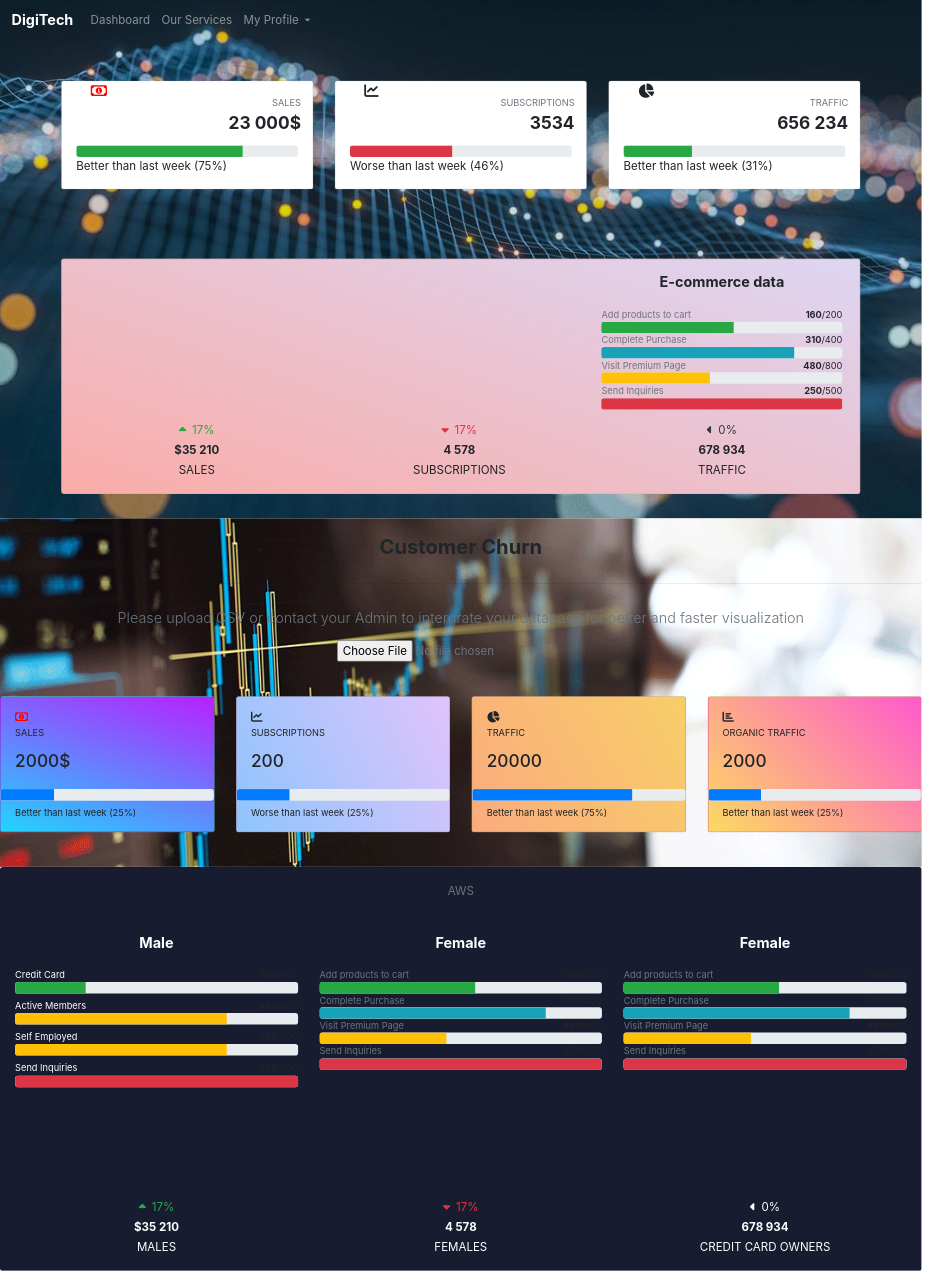
Repository: Tookliin/DigiTech
Page: /data
The author's editor kept a copy of each file at every save. The page is drawn from the files as they stood at one save, then again after the next save.
The browser window is 1280 px wide. The page is 1295 px wide, so the pictures cover 1295 px, including what lies to the right of the window. The pictures show the whole page, at 72% of full size.
The project was rebuilt for these pictures with package versions that can differ from the ones it lists, and the page was loaded fresh each time. Also part of the build but not shown: src/components/Dashboard.vue, src/components/Profile.vue, src/components/Error.vue, src/components/Register.vue.

Above is the page before, as saved 2020-07-22 09:36:59.

### src/components/Organization.vue
<template>

<div class="">
<div class="data" style="height: 100vh;">

<div class="container ">
    <div class="row">
      <div class="col-lg-4 col-md-12 py-5 my-5">
        <div class="card mt-3">

          <div class="">
            <i class="far fa-money-bill-alt fa-lg primary-color z-depth-2 p-4 ml-3 mt-n3 rounded text-black"></i>
            <div class="float-right text-right p-3">
              <p class="text-uppercase text-muted mb-1"><small>sales</small></p>
              <h4 class="font-weight-bold mb-0">23 000$</h4>
            </div>
          </div>

          <div class="card-body pt-0">
            <div class="progress md-progress">
              <div class="progress-bar bg-success" role="progressbar" style="width: 75%" aria-valuenow="75" aria-valuemin="0"
                aria-valuemax="100"></div>
            </div>
            <p class="card-text">Better than last week (75%)</p>
          </div>
        </div>
      </div>

      <div class="col-lg-4 col-md-6 my-5 py-5">
        <div class="card mt-3">
          <div class="">
            <i class="fas fa-chart-line fa-lg teal z-depth-2 p-4 ml-3 mt-n3 rounded text-black"></i>
            <div class="float-right text-right p-3">
              <p class="text-uppercase text-muted mb-1"><small>subscriptions</small></p>
              <h4 class="font-weight-bold mb-0">3534</h4>
            </div>
          </div>
          <div class="card-body pt-0">
            <div class="progress md-progress">
              <div class="progress-bar bg-danger" role="progressbar" style="width: 46%" aria-valuenow="46" aria-valuemin="0"
                aria-valuemax="100"></div>
            </div>
            <p class="card-text">Worse than last week (46%)</p>
          </div>
        </div>
      </div>

      <div class="col-lg-4 col-md-6 my-5 py-5">
        <div class="card mt-3">
          <div class="">
            <i class="fas fa-chart-pie fa-lg purple z-depth-2 p-4 ml-3 mt-n3 rounded text-black"></i>
            <div class="float-right text-right p-3">
              <p class="text-uppercase text-muted mb-1"><small>traffic</small></p>
              <h4 class="font-weight-bold mb-0">656 234</h4>
            </div>
          </div>
          <div class="card-body pt-0">
            <div class="progress md-progress">
              <div class="progress-bar bg-success" role="progressbar" style="width: 31%" aria-valuenow="31" aria-valuemin="0"
                aria-valuemax="100"></div>
            </div>
            <p class="card-text">Better than last week (31%)</p>
          </div>
        </div>
      </div>
    </div>


    <!-- Client Behaviour -->
 <section>
      <div class=" client-card card">
        <div class="card-body mr-md-1">
          <div class="row mb-3">
            <div class="col-md-8 mb-4">
              <canvas id="barChart" height="100"></canvas>
            </div>
            <div class="col-md-4 mb-1 mb-md-0">
              <h5 class="text-center font-weight-bold mb-4">E-commerce data</h5>
              <div class="d-flex justify-content-between">
                <small class="text-muted">Add products to cart</small>
                <small><span><strong>160</strong></span>/<span></span>200</small>
              </div>
              <div class="progress md-progress">
                <div class="progress-bar bg-success" role="progressbar" style="width: 55%" aria-valuenow="55"
                  aria-valuemin="0" aria-valuemax="100"></div>
              </div>
              <div class="d-flex justify-content-between">
                <small class="text-muted">Complete Purchase</small>
                <small><span><strong>310</strong></span>/<span></span>400</small>
              </div>
              <div class="progress md-progress">
                <div class="progress-bar bg-info" role="progressbar" style="width: 80%" aria-valuenow="80"
                  aria-valuemin="0" aria-valuemax="100"></div>
              </div>
              <div class="d-flex justify-content-between">
                <small class="text-muted">Visit Premium Page</small>
                <small><span><strong>480</strong></span>/<span></span>800</small>
              </div>
              <div class="progress md-progress">
                <div class="progress-bar bg-warning" role="progressbar" style="width: 45%" aria-valuenow="45"
                  aria-valuemin="0" aria-valuemax="100"></div>
              </div>
              <div class="d-flex justify-content-between">
                <small class="text-muted">Send Inquiries</small>
                <small><span><strong>250</strong></span>/<span></span>500</small>
              </div>
              <div class="progress md-progress">
                <div class="progress-bar bg-danger" role="progressbar" style="width: 100%" aria-valuenow="100"
                  aria-valuemin="0" aria-valuemax="100"></div>
              </div>
            </div>
          </div>
          <div class="row text-center">
            <div class="col-md-4 mb-4 mb-md-0">
              <p class="text-success mb-1"><i class="fas fa-caret-up mr-2"></i>17%</p>
              <p class="font-weight-bold mb-1">$35 210</p>
              <p class="text-uppercase mb-md-0">Sales</p>
            </div>
            <div class="col-md-4 mb-4 mb-md-0">
              <p class="text-danger mb-1"><i class="fas fa-caret-down mr-2"></i>17%</p>
              <p class="font-weight-bold mb-1">4 578</p>
              <p class="text-uppercase mb-md-0">Subscriptions</p>
            </div>
            <div class="col-md-4 mb-0">
              <p class="text-dark mb-1"><i class="fas fa-caret-left mr-2"></i>0%</p>
              <p class="font-weight-bold mb-1">678 934</p>
              <p class="text-uppercase mb-0">Traffic</p>
            </div>
          </div>
        </div>
      </div>
    </section>
    </div>
    </div>

<!-- Customer Churn -->
<section class=" customer-churn py-4">

    <h3 class="font-weight-bold text-center dark-grey-text pb-2">
        Customer Churn</h3>
    <hr class="w-header my-4">
    <p class="lead text-center text-muted pt-2 mb-3">Please upload CSV or contact your Admin to intergrate your database for better and faster visualization

    </p>
    <div class="text-center text-muted mb-5">
        <input type="file" name="form" id="form">
        <a class="primary-color"></a>
    </div>


    <div class="row white-text">
      <div class="col-xl-3 col-md-6 mb-4">
        <div class="sales card classic-admin-card primary-color">
          <div class="card-body py-3">
            <i class="far fa-money-bill-alt"></i>
            <p class="small">SALES</p>
            <h4>2000$</h4>
          </div>
          <div class="progress md-progress">
            <div class="progress-bar grey darken-3" role="progressbar" style="width: 25%" aria-valuenow="25" aria-valuemin="0" aria-valuemax="100"></div>
          </div>
          <div class="card-body pt-2 pb-3">
            <p class="small mb-0">Better than last week (25%)</p>
          </div>
        </div>
      </div>

      <div class="col-xl-3 col-md-6 mb-4">
        <div class="subscription card classic-admin-card warning-color">
          <div class="card-body py-3">
            <i class="fas fa-chart-line"></i>
            <p class="small">SUBSCRIPTIONS</p>
            <h4>200</h4>
          </div>
          <div class="progress md-progress">
            <div class="progress-bar bg grey darken-3" role="progressbar" style="width: 25%" aria-valuenow="25" aria-valuemin="0" aria-valuemax="100"></div>
          </div>
          <div class="card-body pt-2 pb-3">
            <p class="small mb-0">Worse than last week (25%)</p>
          </div>
        </div>
      </div>

      <div class="col-xl-3 col-md-6 mb-4">
        <div class="traffic card classic-admin-card light-blue lighten-1">
          <div class="card-body py-3">
            <i class="fas fa-chart-pie"></i>
            <p class="small">TRAFFIC</p>
            <h4>20000</h4>
          </div>
          <div class="progress md-progress">
            <div class="progress-bar grey darken-3" role="progressbar" style="width: 75%" aria-valuenow="75" aria-valuemin="0" aria-valuemax="100"></div>
          </div>
          <div class="card-body pt-2 pb-3">
            <p class="small mb-0">Better than last week (75%)</p>
          </div>
        </div>
      </div>

      <div class="col-xl-3 col-md-6 mb-4">
        <div class="organic card classic-admin-card red accent-2">
          <div class="card-body py-3">
            <i class="fas fa-chart-bar"></i>
            <p class="small">ORGANIC TRAFFIC</p>
            <h4>2000</h4>
          </div>
          <div class="progress md-progress">
            <div class="progress-bar grey darken-3" role="progressbar" style="width: 25%" aria-valuenow="25" aria-valuemin="0" aria-valuemax="100"></div>
          </div>
          <div class="card-body pt-2 pb-3">
            <p class="small mb-0">Better than last week (25%)</p>
          </div>
        </div>
      </div>
    </div>
  </section>


   <section>

    <div class="card" style="background-color: #181C30;">
      <div class="card-body">
            <div class="text-center text-muted mb-5">
                <a class="primary-color">AWS</a>

            </div>
                <div class="row">

        <!--Grid column-->
        <div class="col-md-4 mb-4">

          <h5 class="text-center text-white font-weight-bold mb-4">Male</h5>

          <div class="d-flex justify-content-between">
            <small class="text-white">Credit Card</small>
            <small><span><strong>680</strong></span>/<span></span>100</small>
          </div>

          <div class="progress md-progress">
            <div class="progress-bar bg-success" role="progressbar" style="width: 25%" aria-valuenow="25"
              aria-valuemin="0" aria-valuemax="100"></div>
          </div>

        <div class="d-flex justify-content-between mt-2">
            <small class="text-white">Active Members</small>
            <small><span><strong>480</strong></span>/<span></span>800</small>
          </div>
          <div class="progress md-progress">
            <div class="progress-bar bg-warning" role="progressbar" style="width: 75%" aria-valuenow="75"
              aria-valuemin="0" aria-valuemax="100"></div>
          </div>

          <div class="d-flex justify-content-between mt-2">
            <small class="text-white">Self Employed</small>
            <small><span><strong>480</strong></span>/<span></span>800</small>
          </div>
          <div class="progress md-progress">
            <div class="progress-bar bg-warning" role="progressbar" style="width: 75%" aria-valuenow="75"
              aria-valuemin="0" aria-valuemax="100"></div>
          </div>

          <div class="d-flex justify-content-between mt-2">
            <small class="text-white">Send Inquiries</small>
            <small><span><strong>250</strong></span>/<span></span>500</small>
          </div>
          <div class="progress md-progress">
            <div class="progress-bar bg-danger" role="progressbar" style="width: 100%" aria-valuenow="100"
              aria-valuemin="0" aria-valuemax="100"></div>
          </div>
        </div>


      <div class="col-md-4 mb-4">
          <h5 class="text-center text-white font-weight-bold mb-4">Female</h5>
          <div class="d-flex justify-content-between">
            <small class="text-muted">Add products to cart</small>
            <small><span><strong>160</strong></span>/<span></span>200</small>
          </div>
          <div class="progress md-progress">
            <div class="progress-bar bg-success" role="progressbar" style="width: 55%" aria-valuenow="55"
              aria-valuemin="0" aria-valuemax="100"></div>
          </div>

          <div class="d-flex justify-content-between">
            <small class="text-muted">Complete Purchase</small>
            <small><span><strong>310</strong></span>/<span></span>400</small>
          </div>

          <div class="progress md-progress">
            <div class="progress-bar bg-info" role="progressbar" style="width: 80%" aria-valuenow="80" aria-valuemin="0"
              aria-valuemax="100"></div>
          </div>

          <div class="d-flex justify-content-between">
            <small class="text-muted">Visit Premium Page</small>
            <small><span><strong>480</strong></span>/<span></span>800</small>
          </div>

          <div class="progress md-progress">
            <div class="progress-bar bg-warning" role="progressbar" style="width: 45%" aria-valuenow="45"
              aria-valuemin="0" aria-valuemax="100"></div>
          </div>

          <div class="d-flex justify-content-between">
            <small class="text-muted">Send Inquiries</small>
            <small><span><strong>250</strong></span>/<span></span>500</small>
          </div>
          <div class="progress md-progress">
            <div class="progress-bar bg-danger" role="progressbar" style="width: 100%" aria-valuenow="100"
              aria-valuemin="0" aria-valuemax="100"></div>
          </div>
        </div>



        <div class="col-md-4 mb-4">
          <h5 class="text-center text-white font-weight-bold mb-4">Female</h5>
          <div class="d-flex justify-content-between">
            <small class="text-muted">Add products to cart</small>
            <small><span><strong>160</strong></span>/<span></span>200</small>
          </div>
          <div class="progress md-progress">
            <div class="progress-bar bg-success" role="progressbar" style="width: 55%" aria-valuenow="55"
              aria-valuemin="0" aria-valuemax="100"></div>
          </div>

          <div class="d-flex justify-content-between">
            <small class="text-muted">Complete Purchase</small>
            <small><span><strong>310</strong></span>/<span></span>400</small>
          </div>

          <div class="progress md-progress">
            <div class="progress-bar bg-info" role="progressbar" style="width: 80%" aria-valuenow="80" aria-valuemin="0"
              aria-valuemax="100"></div>
          </div>

          <div class="d-flex justify-content-between">
            <small class="text-muted">Visit Premium Page</small>
            <small><span><strong>480</strong></span>/<span></span>800</small>
          </div>

          <div class="progress md-progress">
            <div class="progress-bar bg-warning" role="progressbar" style="width: 45%" aria-valuenow="45"
              aria-valuemin="0" aria-valuemax="100"></div>
          </div>

          <div class="d-flex justify-content-between">
            <small class="text-muted">Send Inquiries</small>
            <small><span><strong>250</strong></span>/<span></span>500</small>
          </div>
          <div class="progress md-progress">
            <div class="progress-bar bg-danger" role="progressbar" style="width: 100%" aria-valuenow="100"
              aria-valuemin="0" aria-valuemax="100"></div>
          </div>
        </div>
      </div>

        <canvas id="lineChart" class="mb-4" height="100"></canvas>
        <div class="row text-center text-white">
          <div class="col-md-4 mb-4 mb-md-0">
            <p class="text-success mb-1"><i class="fas fa-caret-up mr-2"></i>17%</p>
            <p class="font-weight-bold mb-1">$35 210</p>
            <p class="text-uppercase mb-md-0">Males</p>
          </div>

          <div class="col-md-4 mb-4 mb-md-0">
            <p class="text-danger mb-1"><i class="fas fa-caret-down mr-2"></i>17%</p>
            <p class="font-weight-bold mb-1">4 578</p>
            <p class="text-uppercase mb-md-0">Females</p>
          </div>

          <div class="col-md-4 mb-0">
            <p class="text-grey mb-1"><i class="fas fa-caret-left mr-2"></i>0%</p>
            <p class="font-weight-bold mb-1">678 934</p>
            <p class="text-uppercase mb-0">Credit Card Owners</p>
          </div>
        </div>
      </div>
    </div>
  </section>
    </div>
</template>
<script>
export default {
    name: 'Profile',
    props:{


    }, data() {
        return {
            male: 8137,
            labels: ["Red", "Blue", "Yellow", "Green", "Purple", "Orange"],




        }
    },
    mounted() {

    this.ctxB = document.getElementById("barChart").getContext('2d');
    this.myBarChart =  {
      type: 'bar',
      data: {
        labels: ["Red", "Blue", "Yellow", "Green", "Purple", "Orange"],
        datasets: [{
          label: '# of Votes',
          data: [12, 19, 3, 5, 2, 3],
          backgroundColor: [
            'rgba(255, 99, 132, 0.2)',
            'rgba(54, 162, 235, 0.2)',
            'rgba(255, 206, 86, 0.2)',
            'rgba(75, 192, 192, 0.2)',
            'rgba(153, 102, 255, 0.2)',
            'rgba(255, 159, 64, 0.2)'
          ],
          borderColor: [
            'rgba(255,99,132,1)',
            'rgba(54, 162, 235, 1)',
            'rgba(255, 206, 86, 1)',
            'rgba(75, 192, 192, 1)',
            'rgba(153, 102, 255, 1)',
            'rgba(255, 159, 64, 1)'
          ],
          borderWidth: 1
        }]
      },
      options: {
        scales: {
          yAxes: [{
            ticks: {
              beginAtZero: true
            }
          }]
        }
      }
    };
    },
    methods: {

    },
}
</script>

Loaded but not shown: public/index.html (common file); src/main.js (35 lines, source omitted); src/assets/css/main.css (124 lines, source omitted); src/App.vue (56 lines, source omitted)

After the next save:
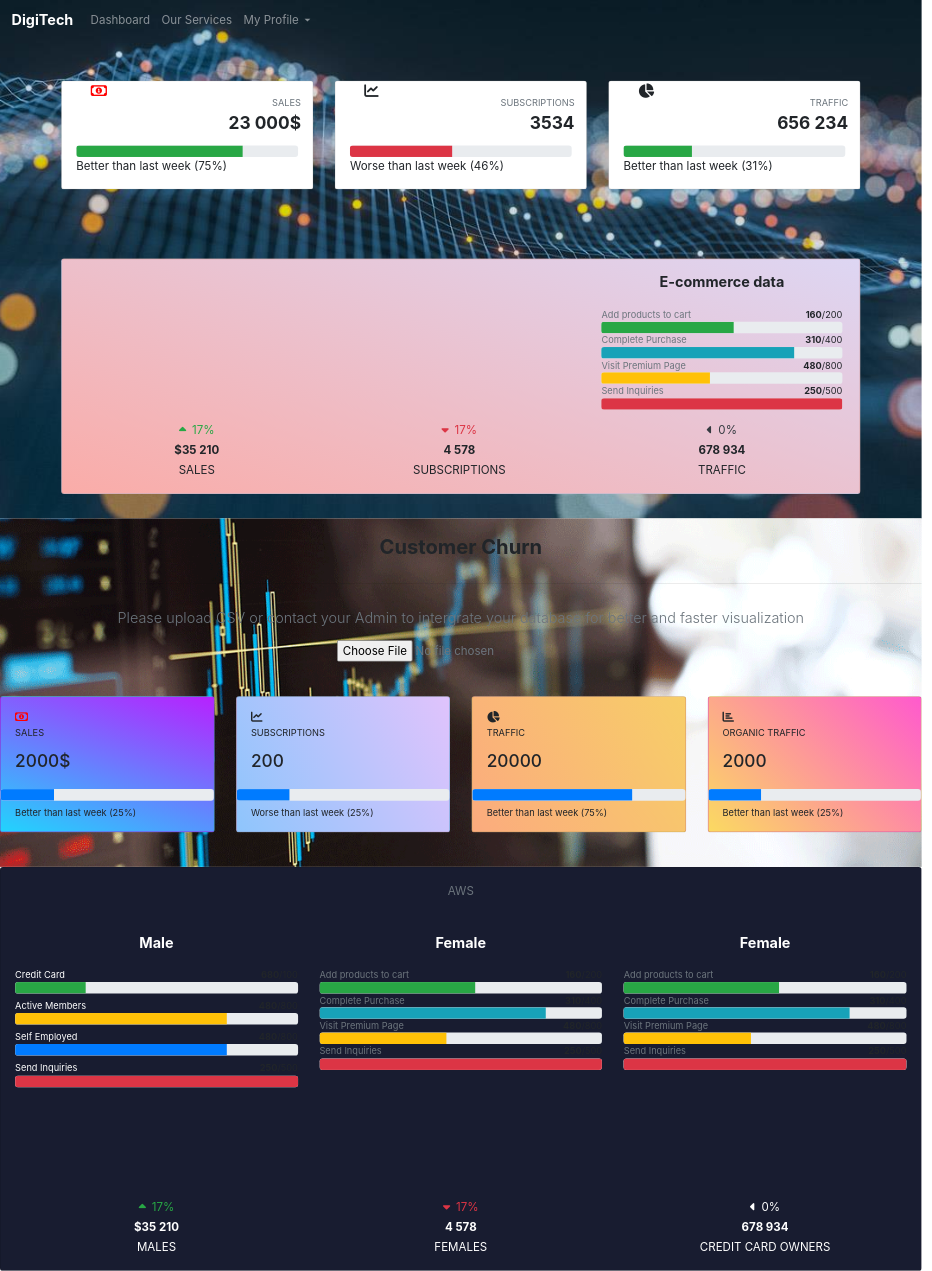
Saved 44 s later.
--- a/src/components/Organization.vue
+++ b/src/components/Organization.vue
@@ -255,7 +255,7 @@
             <small><span><strong>480</strong></span>/<span></span>800</small>
           </div>
           <div class="progress md-progress">
-            <div class="progress-bar bg-warning" role="progressbar" style="width: 75%" aria-valuenow="75"
+            <div class="progress-bar bg-primary" role="progressbar" style="width: 75%" aria-valuenow="75"
               aria-valuemin="0" aria-valuemax="100"></div>
           </div>
 

After the save that followed:
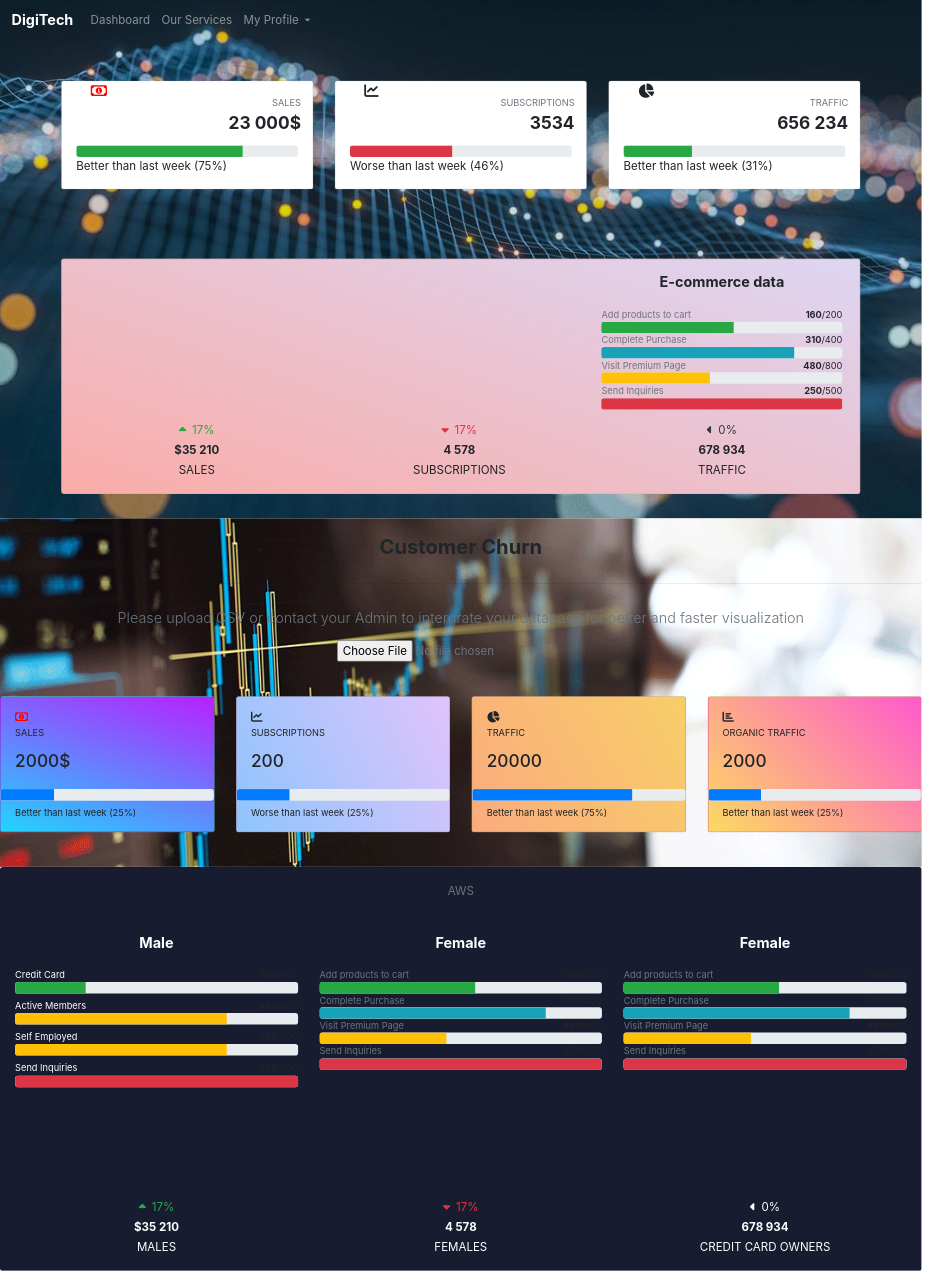
Saved 7 s later.
--- a/src/components/Organization.vue
+++ b/src/components/Organization.vue
@@ -255,7 +255,7 @@
             <small><span><strong>480</strong></span>/<span></span>800</small>
           </div>
           <div class="progress md-progress">
-            <div class="progress-bar bg-primary" role="progressbar" style="width: 75%" aria-valuenow="75"
+            <div class="progress-bar bg-warning" role="progressbar" style="width: 75%" aria-valuenow="75"
               aria-valuemin="0" aria-valuemax="100"></div>
           </div>
 
